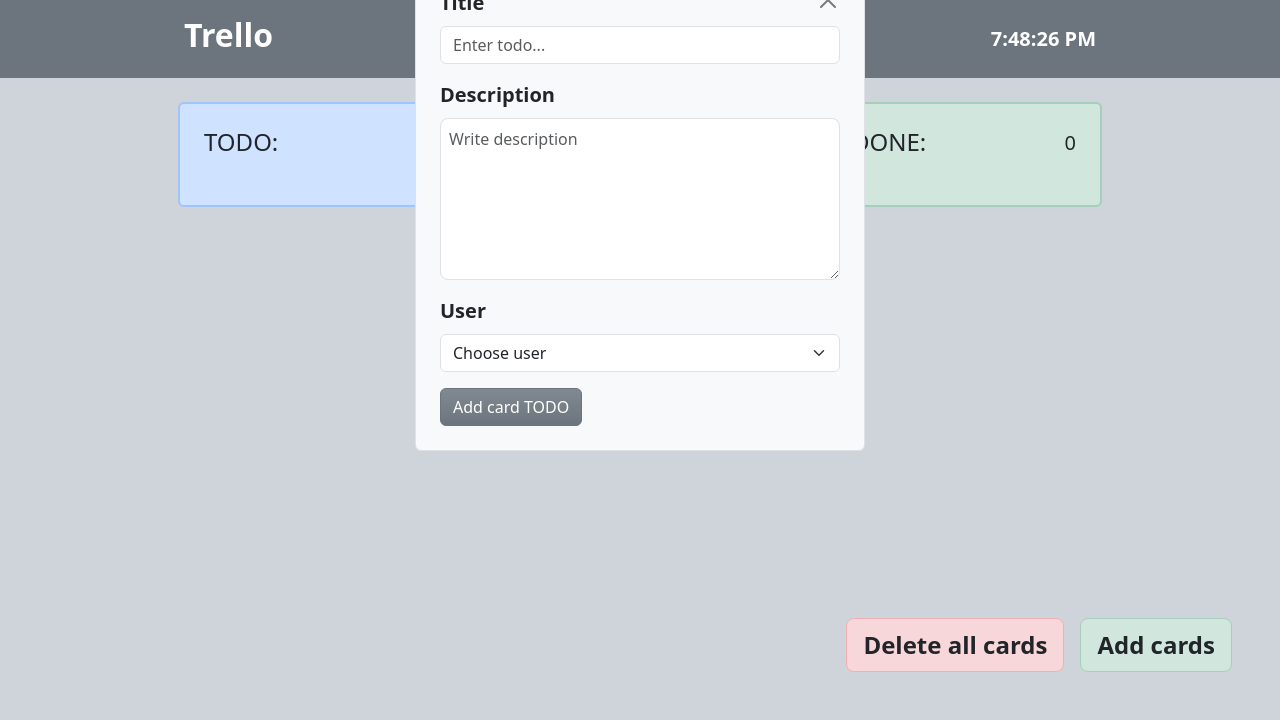
Repository: Valeria154/trello-app-clone
Page: / (app in trello-app-project/)
These files come from the project's save history. The page is drawn as it stood at one moment and after the next save; the edit follows.
The browser window is 1280 px wide. The pictures show the whole page.
After loading, the first visible `#addCardBtn` was clicked once.
The project was rebuilt for these pictures with package versions that can differ from the ones it lists, and the page was loaded fresh each time. Also part of the build but not shown: trello-app-project/vite.config.js.

Above is the page before, as saved 2025-03-15 20:21:07.

After the next save:
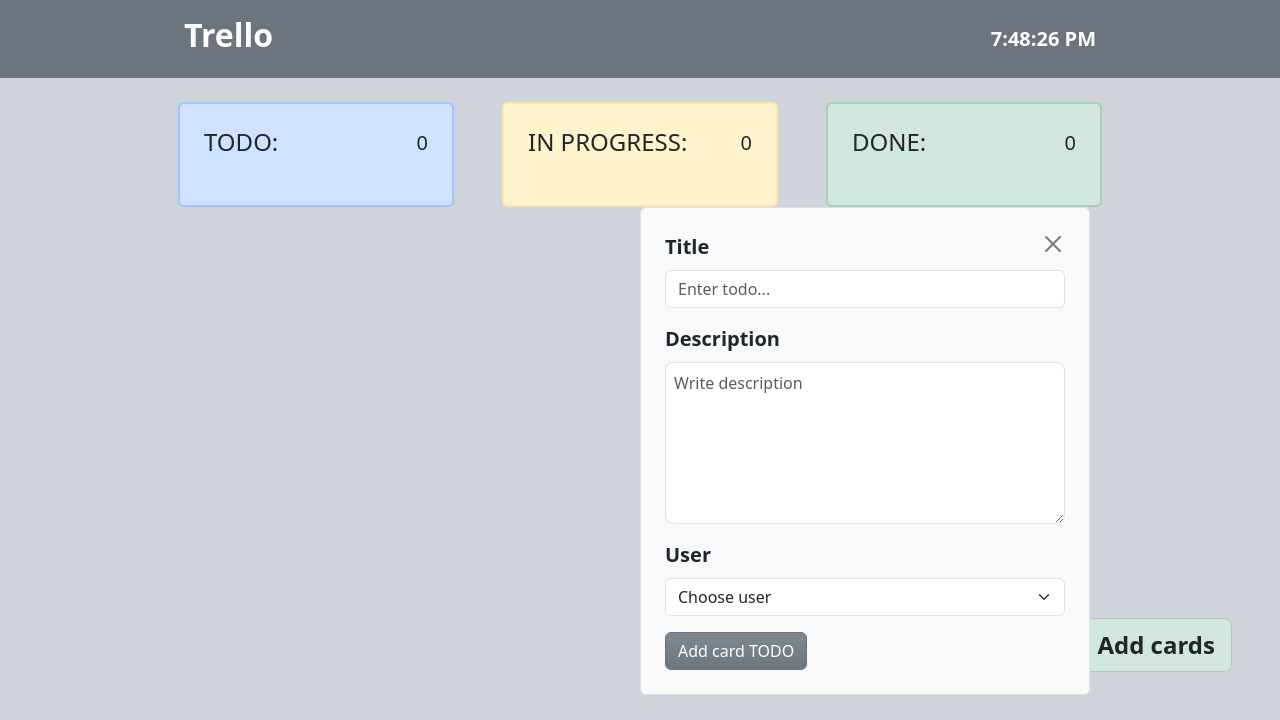
Saved 40 s later.
--- a/trello-app-project/src/main.js
+++ b/trello-app-project/src/main.js
@@ -27,7 +27,7 @@
 }
 function buildModalForm() {
 	return `
-				<form class="p-4 border rounded bg-light text-start fw-semibold w-50 position-absolute top-25 start-25">
+				<form class="p-4 border rounded bg-light text-start fw-semibold w-50 position-absolute top-50 start-50">
 					<div class="mb-3">
 						<label for="title" class="form-label fs-5">Title</label>
 						<input type="text" class="form-control" id="title" placeholder="Enter todo...">
